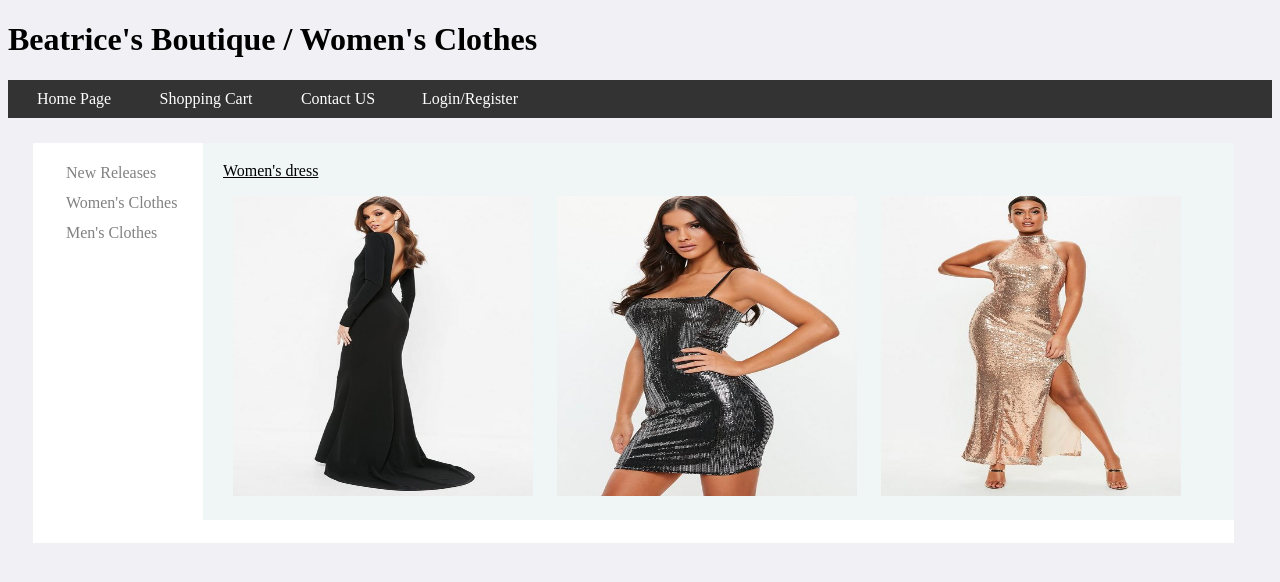
Repository: IosifDobos/Beatrice-Boutique
Page: http://localhost/BeatriceBoutique/womensClothes.jsp
The author's editor kept a copy of each file at every save. The page is drawn from the files as they stood at one save, then again after the next save.
The browser window is 1280 px wide. The pictures show the whole page.
The page is served by Tomcat 9. Other server files are loaded and not shown.

Above is the page before, as saved 2018-12-04 17:16:21.

### BeatriceBoutique/Java/WorkSpace/BeatriceBoutique/WebContent/womensClothes.jsp
<!DOCTYPE html >
<html>
<head>
<meta http-equiv="Content-Type" content="text/html; charset=ISO-8859-1">
<link rel="stylesheet" type="text/css" href="styleSheet.css">
<title>Women's Clothes</title>
</head>
<body>

	<h1>Beatrice's Boutique / Women's Clothes</h1>

	<ul>
		<li><a href="homePage.html">Home Page</a></li>
		<li><a href="shoppingCart.html">Shopping Cart</a></li>
		<li><a href="contact.html">Contact US</a></li>
		<li><a href="login.html">Login/Register</a></li>
	</ul>


	<div class = "container">
		<!-- left side of the container where menu is displayed -->
		<div id="sidemenu">
			<a href="#">New Releases</a>
			<a href="womensClothes.html">Women's Clothes</a>
			<a href="#">Men's Clothes</a>
		</div>
		<!-- right side of the container -->
		<div id="right-side">
			<p><u>Women's dress</u></p>

			<img alt="dress" src="womens-img/black-open-back-maxi-dress.jpg" width="300" height="300" style="margin-left: 10px;">

			<img alt="dress1" src="womens-img/black-sewn-through-disc-bodycon-mini-dress.jpg" width="300" height="300" style="margin-left: 20px;">

			<img alt="dress2" src="womens-img/gold-sequin-choker-maxi-dress.jpg" width="300" height="300" style="margin-left: 20px;">
		</div>

	</div>

</body>
</html>

### BeatriceBoutique/Java/WorkSpace/BeatriceBoutique/WebContent/styleSheet.css
@charset "UTF-8";

body{
	background-color: #f0f0f5;
}

ul {
	position: -webkit-sticky;
	position: sticky;
    list-style-type: none;
    top: 0;
    margin: 0;
    padding: 0;
    overflow: hidden;
    background-color: #333;
}

li{
	float: left;
}

li a{
	display: block;
	color: white;
	text-align: center;
	padding: 10px 16px;
	text-decoration: none;
	width: 100px;

}

li a:hover {
    background-color: #555;
    color: white;
}

.active {
    background-color: #4CAF50;
    color: white;
}

.container{
	margin-top: 25px;
	margin-left: 25px;
	background-color:  white;
	min-height: 400px;
	width: 95%;
}

/*#container:after{
	content: "";
	display: table;
	clear: both;
} */



#sidemenu {
    min-height: 100px;; /* Full-height: remove this if you want "auto" height */
    width: 150px;; /* Set the width of the sidebar */
    position: fixed; /* Fixed Sidebar (stay in place on scroll) */
    z-index: 1; /* Stay on top */
    top: 150px; /* Stay at the top */
    left: 50px;
    background-color: ; /* Black */
    overflow-x: hidden; /* Disable horizontal scroll */
    padding: 8px 0;
}

#sidemenu a {
    padding: 6px 8px 6px 16px;
    text-decoration: none;
    font-size: 16px;
    color: #818181;
    display: block;
}

/* When you mouse over the navigation links, change their color */
#sidemenu a:hover {
    color: #679898;
}

/* Style page content */
#right-side {
    margin-left: 170px; /* Same as the width of the sidebar */
    padding: 3px 5px 20px 20px;
    background-color: #f0f5f5;
    min-height: 300px;
}


/* #right-side{
	float: right;
	margin-right: 20px;
	width: 60%;
} */






/* Responsive layout - when the screen is less than 600px wide, make the two columns stack on top of each other instead of next to each other */
@media screen and (max-width: 600px) {
    .col-25, .col-75, input[type=submit] {
        width: 100%;
        margin-top: 0;
    }
}

@media screen and (max-height: 450px) {
    #sidemenu {padding-top: 15px;}
    #sidemenu a {font-size: 18px;}
}

After the next save:
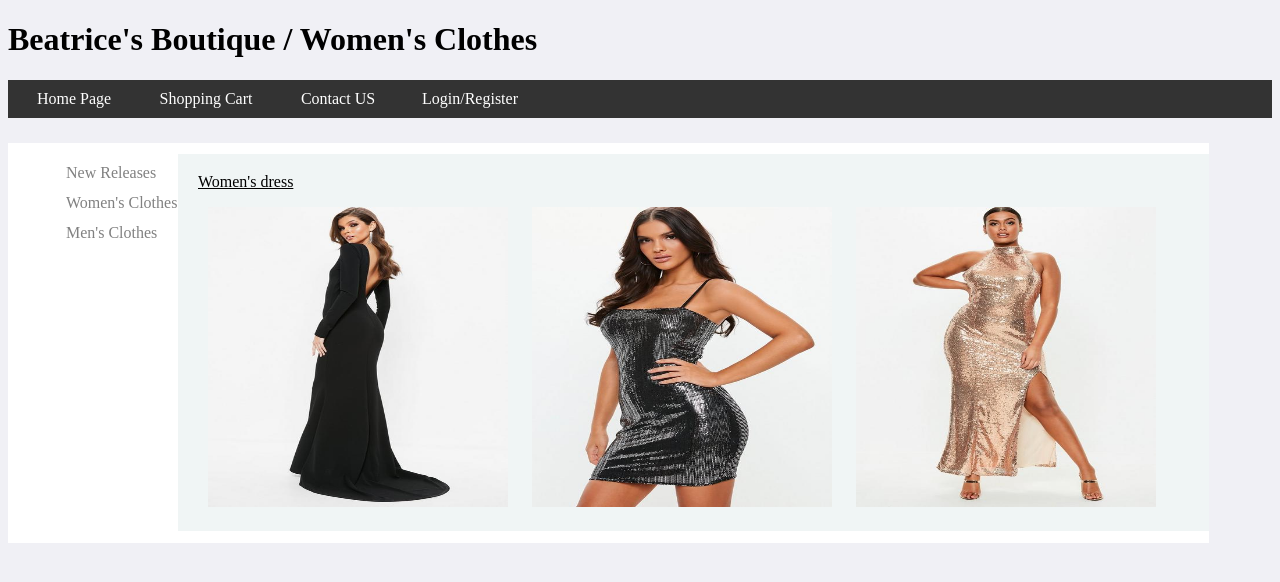
Saved 20 s later.
--- a/BeatriceBoutique/Java/WorkSpace/BeatriceBoutique/WebContent/styleSheet.css
+++ b/BeatriceBoutique/Java/WorkSpace/BeatriceBoutique/WebContent/styleSheet.css
@@ -41,7 +41,7 @@
 
 .container{
 	margin-top: 25px;
-	margin-left: 25px;
+	align-content: center;
 	background-color:  white;
 	min-height: 400px;
 	width: 95%;

After the save that followed:
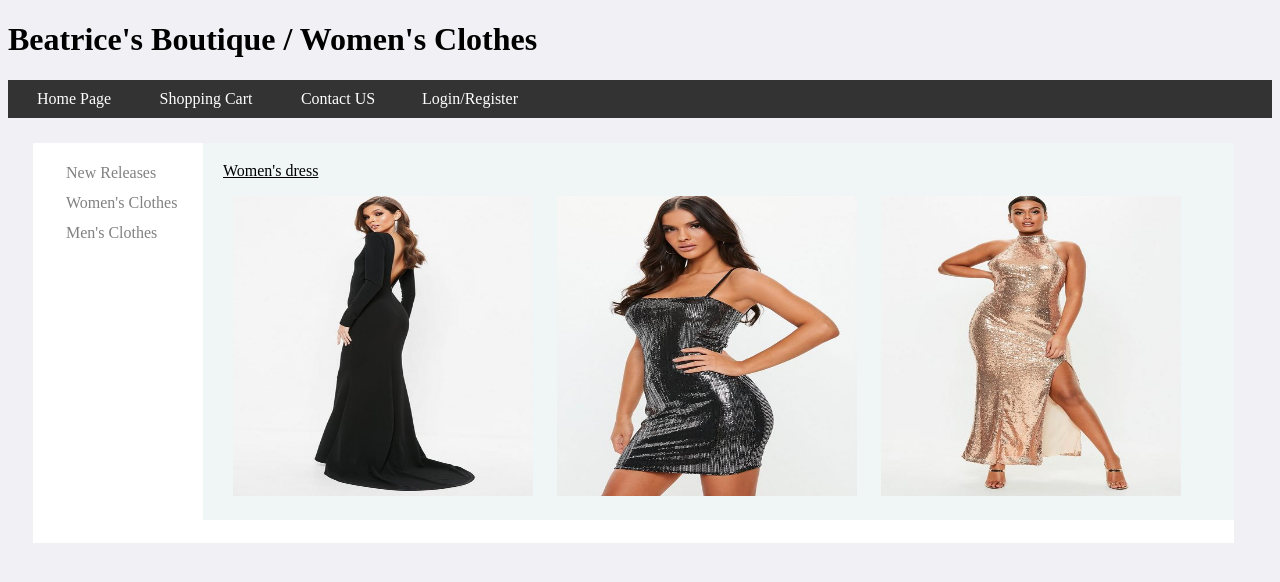
Saved 32 s later.
--- a/BeatriceBoutique/Java/WorkSpace/BeatriceBoutique/WebContent/styleSheet.css
+++ b/BeatriceBoutique/Java/WorkSpace/BeatriceBoutique/WebContent/styleSheet.css
@@ -41,7 +41,8 @@
 
 .container{
 	margin-top: 25px;
-	align-content: center;
+	margin-left: 25px;
+	margin-right 25px;
 	background-color:  white;
 	min-height: 400px;
 	width: 95%;
